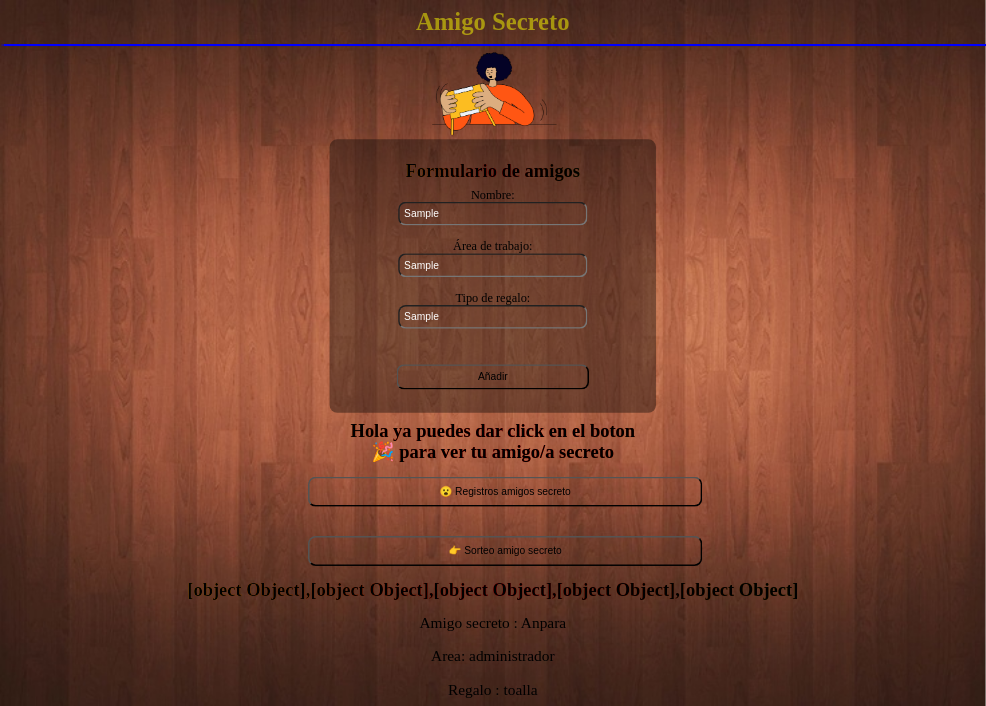
Repository: ye909/secreto
Page: index.html
These files come from the project's save history. The page is drawn as it stood at one moment and after the next save; the edit follows.
The browser window is 1280 px wide. The pictures show the whole page, at 77% of full size.
Empty fields were first filled with sample values (such as "Sample", 5 or name@example.com).
After loading, the first visible `#verResgistrados` was clicked once.
Backgrounds fixed to the window are drawn as part of the page.

Above is the page before, as saved 2025-01-25 10:12:47.

### index.html
<!DOCTYPE html>
<html lang="es">

<head>
    <meta charset="UTF-8">
    <meta name="viewport" content="width=device-width, initial-scale=1.0">
    <title>Amigo Secreto</title>
    <link rel="stylesheet" href="./css/style.css">

<body>
    <main class="main-content" id="main-content">
        <header class="header-banner">
            <h1 class="title">Amigo Secreto</h1>
            <img src="./imagenes/amigosecreto.png" alt="Imagen representativa de amigo secreto">
        </header>

        <section class="container" id="container">
            <h2 class="title">Formulario de amigos</h2>

            <form id="formularioAmigo" class="form-inputs">
                <label for="nombre">Nombre:</label><br>
                <input type="text" id="nombre" class="input-name" placeholder="Escribe su nombre"><br><br>

                <label for="areaTrabajo">Área de trabajo:</label><br>
                <input type="text" id="areaTrabajo" class="input-area" placeholder="Escribe el área de trabajo"><br><br>

                <label for="tipoRegalo">Tipo de regalo:</label><br>
                <input type="text" id="tipoRegalo" class="input-regalo" placeholder="Escribe el tipo de regalo"><br><br>
                <span id="mensaje"></span>
                <br>
                <button class="button-add" id="button-add">Añadir</button>
            </form>


        </section>




    </main>
    <div class="containerbtnsorteo" id="containerbtnsorteo">
        <h2>Hola ya puedes dar click en el boton <br>🎉 para ver tu amigo/a secreto </h2>
        <button id="verResgistrados">😮 Registros amigos secreto</button>
        <br><br>

        <button class="sorteo" id="sorteo"> 👉 Sorteo amigo secreto</button>

    </div>



    <div class="datos_amigo" id="datos_amigo">
        <h2 id="info_datos"></h2>

    </div>

    <script src="./js/amigos.js"></script>
    <script src="./js/script.js"></script>
    <script src=" https://cdn.jsdelivr.net/npm/canvas-confetti@1.9.3/dist/confetti.browser.min.js "> </script>
    </head>
</body>

</html>

### css/style.css
* {
    padding: 0%;
    margin: 0;
    transition: all;
  }
  html {
    background-image: url(../imagenes/fondocard.jpg);
    background-size: cover;
    background-repeat: no-repeat;
    background-attachment: fixed;
    width: 100%;
    height: 100%;
  }

  .main-content {
    text-align: center;
  }
  .header-banner img {
    width: 15%;
  }



  .container {
    margin: 2px auto;
      width: 30%;
      background-color: rgba(6, 6, 6, 0.4);
      border-radius: 10px;
      padding: 20px;
  /* display: none; */
  }
  input {
    width:60%;
    padding: 6px;
    border-radius: 10px;
    background: transparent;
    color: white;
  }
  input:hover {
    color: black;

  }

  button {
    background-color: transparent;
    width:65%;
    justify-content: center;
    padding: 7px;
    border-radius: 10px;
    margin: 10px;

  }
  button:hover{
      background: blue;
      border: none;
      box-shadow: blue 2px 2px 2px 3px, blue 2px 2px 2px 3px, blue 2px 3px 3px 3px,
        blue 2px 2px 2px 3px;
  transition: 2s;
  }

  h1{
    text-align: center;
  padding: 10px;
  box-shadow: blue 2px 2px 2px 1px;
  color:rgba(255, 255, 0, 0.501);
  }
  h2{
      background-image:linear-gradient(to left,green, red, rgb(248, 244, 7));
      -webkit-animation-fill-color:transparent ;
      -webkit-background-clip: text;
      background-clip: text;
      padding: 8px;
      font-weight: bold;
      text-align: center;

  }


  /* .datos_amigo {

      display: none
    } */
    /* .containerbtnsorteo{


      display:none;

    } */
    .containerbtnsorteo button{
      width: 40%;
    margin-left: 400px;
    padding: 10px;
    cursor: pointer;
    }
    p{
      font-size: 20px;
      text-align: center;
      padding: 10px;
    }
    span {
      font-size: 15px;
      color: red;
    }

### js/amigos.js


const amigos = [
    { nombre: "Juan", area: "logística", regalo: "zapatillas" },
    { nombre: "Daniel", area: "recursos", regalo: "reloj" },
    { nombre: "Anpara", area: "administrador", regalo: "toalla" },
    { nombre: "Paola", area: "marketing", regalo: "sudadera" },
    { nombre: "Pedro", area: "finanzas", regalo: "libro" },
  ];



  const verResgistrados=document.getElementById("verResgistrados")
verResgistrados.addEventListener("click",(e) =>{
 e.preventDefault()

 info_datos.innerHTML=amigos

 })


function seleccionarAmigoAleatorio(amigos) {


    const indiceAleatorio = Math.floor(Math.random() * amigos.length);
      return amigos[indiceAleatorio];
    }

    const amigoSeleccionado = seleccionarAmigoAleatorio(amigos);



    const nombrealeatoria = document.createElement("p");
    nombrealeatoria .textContent = `Amigo secreto :  ${  amigoSeleccionado.nombre} `;

    const arealeatoria = document.createElement("p");
    arealeatoria .textContent = `Area:  ${amigoSeleccionado.area} `;

    const regaloaleatoria = document.createElement("p");
    regaloaleatoria .textContent = `Regalo : ${amigoSeleccionado.regalo} `;

    datos_amigo.appendChild(nombrealeatoria );
     datos_amigo.appendChild(arealeatoria );
       datos_amigo.appendChild( regaloaleatoria );

### js/script.js


const container = document.getElementById("container");
const containerbtnsorteo = document.getElementById("containerbtnsorteo");

 const formularioAmigo = document.getElementById("formularioAmigo");

 const datos_amigo =document.getElementById("datos_amigo")
const info_datos = document.getElementById("info_datos")
formularioAmigo.addEventListener("submit", (event) => {
  event.preventDefault(); // Evita que el formulario se envíe (si se trata de un formulario)


  const nombre = document.getElementById("nombre").value;
  const areaTrabajo = document.getElementById("areaTrabajo").value;
  const tipoRegalo = document.getElementById("tipoRegalo").value;
            // Crear un nuevo objeto amigo
            const nuevoAmigo = {
              nombre: nombre,
              area: areaTrabajo,
              regalo: tipoRegalo
          };

          // Añadir el nuevo amigo al array
          amigos.push(nuevoAmigo);


  if (nombre == "" ) {
    const mensaje = document.getElementById("mensaje");
    mensaje.innerHTML = "Por favor ingrese su nombre";


  }else{
    const titulo_data = document.createElement("p");
    titulo_data.innerHTML = ` BIENVENIDOS/A  <br> ${nombre}  `;
    info_datos.append(titulo_data);
    if (container) {
      container.style.display = "none";
      containerbtnsorteo.style.display = "inline";


    }
  }

//   if (areaTrabajo) {

//     const titulo_data = document.createElement("p");
//     titulo_data.innerHTML = `Del area  de trabajo <br> ${areaTrabajo} `;
//     info_datos.append(titulo_data);

//    }
//   if (tipoRegalo) {
//   const Regalo = document.createElement("p");
//   Regalo.innerHTML = `Tu regalo  ${tipoRegalo} <br> para el amigo  `;
//   info_datos.append(Regalo);
// ;
//   }
//    if (nombre) {

//     const titulo_data = document.createElement("p");
//     titulo_data.innerHTML = ` ${nombre} <br> Te queremos felisitar por aser parte de esta actibidad <br>  por eso un te informamos cual es tu `;
//     info_datos.append(titulo_data);

//    }



//
// verResgistrados.addEventListener("click", () => {
//  datos_amigo.innerHTML=nuevoAmigo
//  alert(datos_amigo.nombre)
// } )

 });


 const sorteo = document.getElementById("sorteo");

 // Agrega un evento al hacer clic en el botón
 sorteo.addEventListener("click", () => {

 var end = Date.now() + (15 * 1000);

 // go Buckeyes!
 var colors = ['#bb0000', '#ffffff'];

 (function frame() {
   confetti({
     particleCount: 2,
     angle: 60,
     spread: 55,
     origin: { x: 0 },
     colors: colors
   });
   confetti({
     particleCount: 2,
     angle: 120,
     spread: 55,
     origin: { x: 1 },
     colors: colors
   });

   if (Date.now() < end) {
     requestAnimationFrame(frame);
   }
 }());
 datos_amigo.style.display = "inline";
 containerbtnsorteo.style.display = "none";
 });

After the next save:
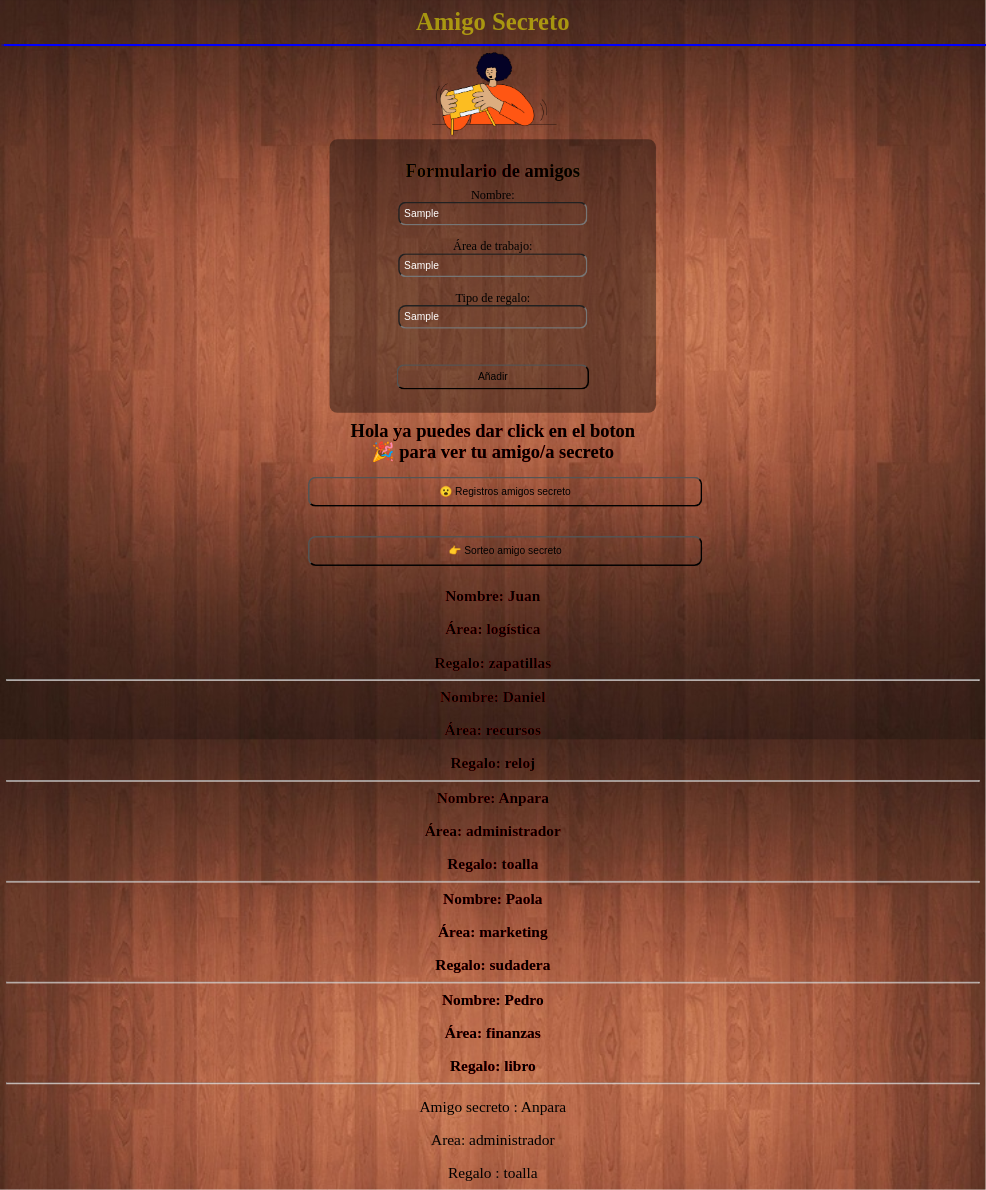
Console error: SyntaxError: Identifier 'info_datos' has already been declared
Saved 4 min 4 s later.
--- a/js/amigos.js
+++ b/js/amigos.js
@@ -11,11 +11,24 @@ const amigos = [
 
 
   const verResgistrados=document.getElementById("verResgistrados")
+  const info_datos = document.getElementById("info_datos");
 verResgistrados.addEventListener("click",(e) =>{
  e.preventDefault()
 
- info_datos.innerHTML=amigos
+ // Generar HTML a partir del arreglo de objetos
+ const htmlContent = amigos
+ .map(
+   (amigo) =>
+     `<div>
+       <p><strong>Nombre:</strong> ${amigo.nombre}</p>
+       <p><strong>Área:</strong> ${amigo.area}</p>
+       <p><strong>Regalo:</strong> ${amigo.regalo}</p>
+     </div><hr>`
+ )
+ .join("");
 
+// Asignar el contenido generado a info_datos
+info_datos.innerHTML = htmlContent;
  })
 
 
